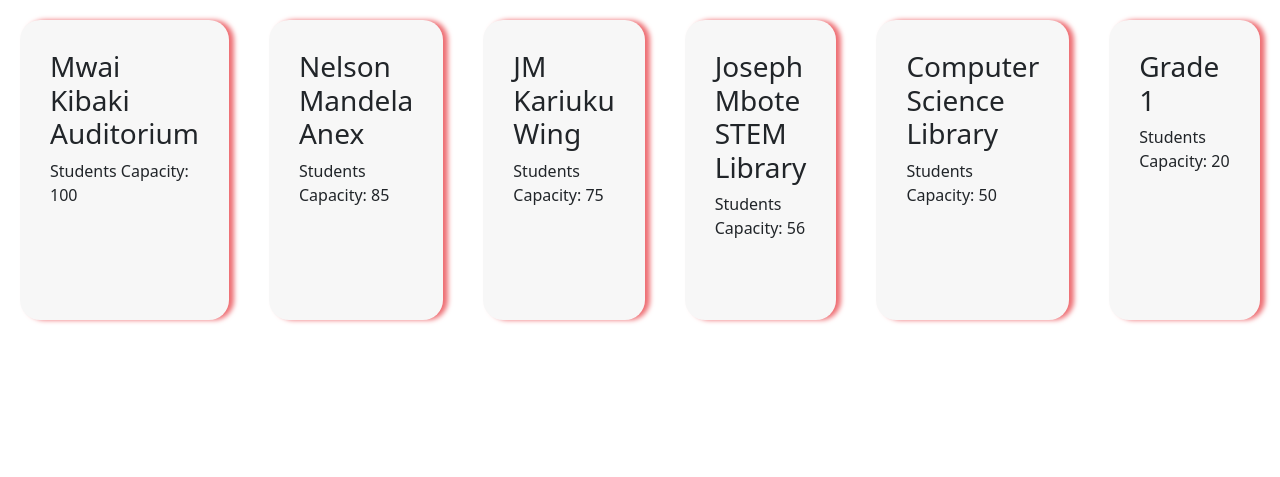
Repository: Mbote-Joseph/Library-Shelves-Books-Managements
Page: http://localhost/
These files come from the project's save history. The page is drawn as it stood at one moment and after the next save; the edit follows.
The browser window is 1280 px wide. The pictures show the whole page.
The page is served by the project's application, run on Django 5.2 (manage.py). Other server files are loaded and not shown. The page reads the database file committed with the project.

Above is the page before, as saved 2025-12-30 18:13:07.

### books/templates/books/library_view.html
{% extends "base.html" %}

{% block title %}
    Libraries List
{% endblock %}


{% block content %}
    <div class="cards">
    {% for library in libraries %}
        <div class ="library">
            <h3> {{library.name}} </h3>
            <p> Students Capacity: {{library.students_capacity}} </p>
        </div>
    {% endfor %}
    </div>
{% endblock %}

### static/templates/base.html
{% load static %}
<!doctype html>
<html lang="en">
  <head>
    <meta charset="utf-8">
    <meta name="viewport" content="width=device-width, initial-scale=1">
    <title>
        {% block title %}

        {% endblock %}
    </title>
    <link href="https://cdn.jsdelivr.net/npm/bootstrap@5.3.8/dist/css/bootstrap.min.css" rel="stylesheet" integrity="sha384-sRIl4kxILFvY47J16cr9ZwB07vP4J8+LH7qKQnuqkuIAvNWLzeN8tE5YBujZqJLB" crossorigin="anonymous">
    <link rel="stylesheet" type='text/css' href="{% static 'css/styles.css' %}">
  </head>
  <body>

    {% block content %}

    {% endblock %}


    <script src="https://cdn.jsdelivr.net/npm/bootstrap@5.3.8/dist/js/bootstrap.bundle.min.js" integrity="sha384-FKyoEForCGlyvwx9Hj09JcYn3nv7wiPVlz7YYwJrWVcXK/BmnVDxM+D2scQbITxI" crossorigin="anonymous"></script>
  </body>
</html>

### books/models.py
from django.db import models

# Create your models here.
class Library(models.Model):
    name = models.CharField(max_length=50)
    students_capacity = models.IntegerField()
    location = models.CharField(max_length=100)
    created_on = models.DateTimeField(auto_now_add=True)

    def __str__(self):
        return f"{self.name} - {self.location}"

class Shelf(models.Model):
    label = models.CharField(max_length=50)
    books_capacity = models.CharField()
    library = models.ForeignKey(Library, on_delete=models.CASCADE)
    created_on = models.DateTimeField(auto_now_add=True)

    def __str__(self):
        return f"{self.label} On {self.library} Library"

class Book(models.Model):
    title = models.CharField(max_length=100)
    author = models.CharField(max_length=100)
    isbn = models.CharField(max_length=10)
    description = models.TextField()
    is_published = models.BooleanField(default=False)
    is_new = models.BooleanField(default=False)
    shelf = models.ForeignKey(Shelf, on_delete=models.CASCADE)

    def __str__(self):
        return f"{self.title} By {self.author}"

### books/views.py
from django.shortcuts import render
from django.views.generic import ListView

from .models import Library, Shelf, Book

# Create your views here.
class LibraryListView(ListView):
    model = Library
    context_object_name = "libraries"
    queryset = Library.objects.all()
    template_name = 'books/library_view.html'

class ShelfListView(ListView):
    model = Shelf
    context_object_name = "shelves"
    queryset = Shelf.objects.all()
    template_name = 'books/shelf_view.html'


class BookListView(ListView):
    model = Book
    context_object_name = "books"
    queryset = Book.objects.all()
    template_name = 'books/book_view.html'

### learn/urls.py
"""
URL configuration for learn project.

The `urlpatterns` list routes URLs to views. For more information please see:
    https://docs.djangoproject.com/en/6.0/topics/http/urls/
Examples:
Function views
    1. Add an import:  from my_app import views
    2. Add a URL to urlpatterns:  path('', views.home, name='home')
Class-based views
    1. Add an import:  from other_app.views import Home
    2. Add a URL to urlpatterns:  path('', Home.as_view(), name='home')
Including another URLconf
    1. Import the include() function: from django.urls import include, path
    2. Add a URL to urlpatterns:  path('blog/', include('blog.urls'))
"""
from django.contrib import admin
from django.urls import path, include

urlpatterns = [
    path('admin/', admin.site.urls),
    path('', include('books.urls'))
]

### books/urls.py
from django.urls import path

from books.views import LibraryListView, ShelfListView, BookListView

urlpatterns = [
    path('', LibraryListView.as_view(), name = 'libraries'),
    path('shelf', ShelfListView.as_view(), name = 'shelves'),
    path('book', BookListView.as_view(), name="books")
]

### static/css/styles.css
/**
 * Copyright 2025 josephmbote
 *
 * Licensed under the Apache License, Version 2.0 (the "License");
 * you may not use this file except in compliance with the License.
 * You may obtain a copy of the License at
 *
 *     https://www.apache.org/licenses/LICENSE-2.0
 *
 * Unless required by applicable law or agreed to in writing, software
 * distributed under the License is distributed on an "AS IS" BASIS,
 * WITHOUT WARRANTIES OR CONDITIONS OF ANY KIND, either express or implied.
 * See the License for the specific language governing permissions and
 * limitations under the License.
 */

.library {
    width: 300px;
    /* min-width: 200px; */
    height: 300px;
    /* max-height: 400px; */
    background-color: #f7f7f7;
    box-shadow: 5px 0 5px 0 #ee6e73;
    border: none;
    margin: 20px;
    padding: 30px;
    border-radius: 20px;
}

.cards{
    display: flex;


}

### db.sqlite3 (the tables this page reads, as SQL)
CREATE TABLE "books_library" ("id" integer NOT NULL PRIMARY KEY AUTOINCREMENT, "name" varchar(50) NOT NULL, "students_capacity" integer NOT NULL, "location" varchar(100) NOT NULL, "created_on" datetime NOT NULL);
INSERT INTO "books_library" VALUES
(1, 'Mwai Kibaki Auditorium', 100, 'Administration Block', '2025-12-29 22:41:55.696199'),
(2, 'Nelson Mandela Anex', 85, 'NSC', '2025-12-29 22:42:34.244470'),
(3, 'JM Kariuku Wing', 75, 'SCC Department', '2025-12-30 11:00:04.766333'),
(4, 'Joseph Mbote STEM Library', 56, 'Technology House', '2025-12-31 18:37:10.968556'),
(5, 'Computer Science Library', 50, 'SCC', '2025-12-31 18:39:11.248294'),
(6, 'Grade 1', 20, 'Nairobi Annex', '2025-12-31 18:41:43.779190');

After the next save:
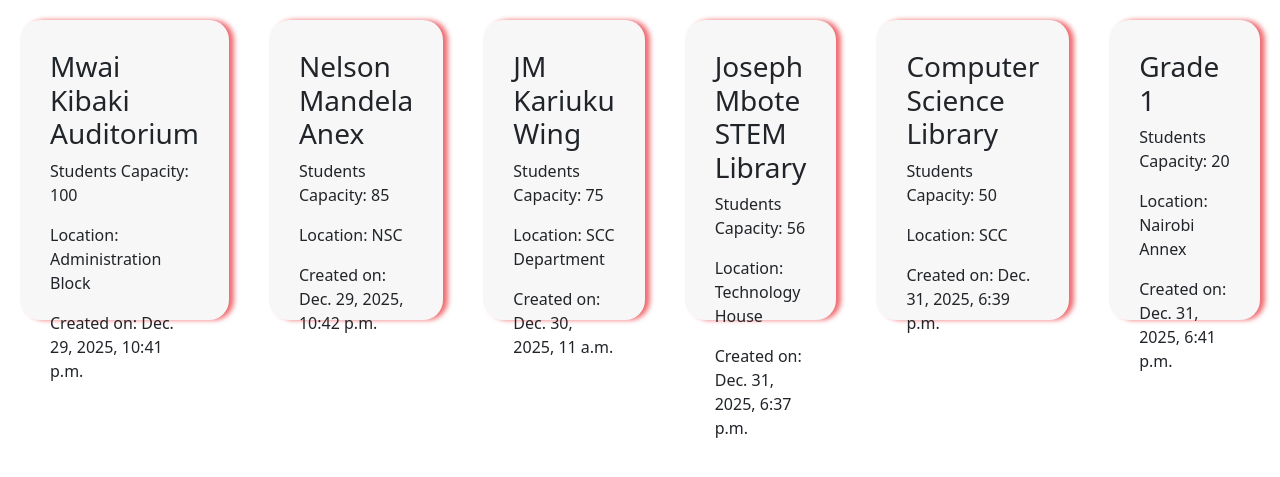
Saved 50 s later.
--- a/books/templates/books/library_view.html
+++ b/books/templates/books/library_view.html
@@ -11,6 +11,8 @@
         <div class ="library">
             <h3> {{library.name}} </h3>
             <p> Students Capacity: {{library.students_capacity}} </p>
+            <p> Location: {{library.location}} </p>
+            <p> Created on: {{library.created_on}} </p>
         </div>
     {% endfor %}
     </div>
